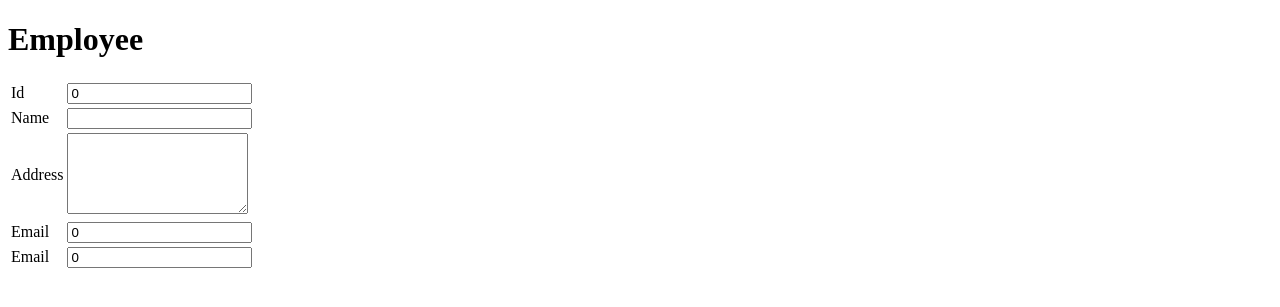
Repository: kubon9xhd/SpringMVC
Page: http://localhost/spring-excercise-6/insert
An editor plug-in stored every save of this project. The page is shown before and after the next save, followed by the edit.
The browser window is 1280 px wide. The pictures show the whole page.
The page is served by Tomcat 9. Other server files are loaded and not shown.

Above is the page before, as saved 2021-06-06 15:12:47.

### spring-excercise-6/src/main/webapp/WEB-INF/views/employee/insert.jsp
<%@taglib uri="http://www.springframework.org/tags/form" prefix="form"%>
<%@ page language="java" contentType="text/html; charset=UTF-8"
	pageEncoding="UTF-8"%>
<!DOCTYPE html>
<html>
<head>
<meta charset="UTF-8">
<title>Insert title here</title>
</head>
<body>
	<h1>Employee</h1>
	<form:form action="show" method="post" modelAttribute="employee">
		<table>
			<tr>
				<td><form:label path="id">Id</form:label></td>
				<td><form:input path="id" /></td>
			</tr>
			<tr>
				<td><form:label path="name">Name</form:label></td>
				<td><form:input path="name" /></td>
			</tr>
			<tr>
				<td><form:label path="address">Address</form:label></td>
				<td><form:textarea rows="5" path="address" /></td>
			</tr>
			<tr>
				<td><form:label path="email">Email</form:label></td>
				<td><form:input type="email" path="id" /></td>
			</tr>
			<tr>
				<td><form:label path="email">Email</form:label></td>
				<td><form:input type="email" path="id" /></td>
			</tr>
		</table>
	</form:form>
</body>
</html>

After the next save:
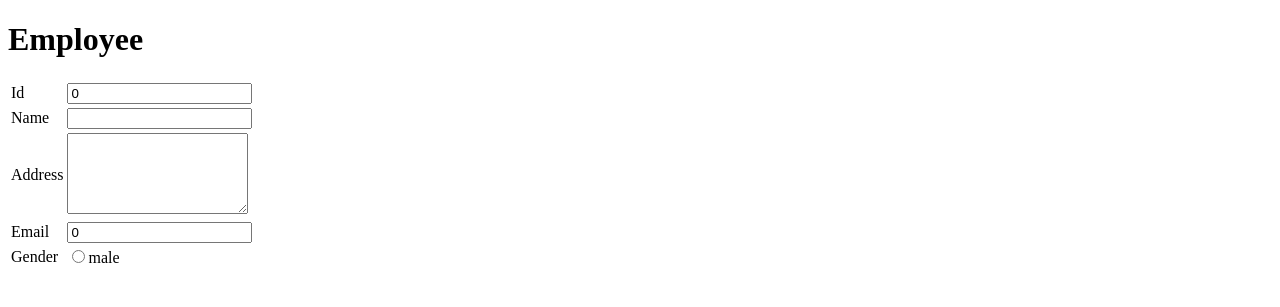
Saved 79 s later.
--- a/spring-excercise-6/src/main/webapp/WEB-INF/views/employee/insert.jsp
+++ b/spring-excercise-6/src/main/webapp/WEB-INF/views/employee/insert.jsp
@@ -28,8 +28,10 @@
 				<td><form:input type="email" path="id" /></td>
 			</tr>
 			<tr>
-				<td><form:label path="email">Email</form:label></td>
-				<td><form:input type="email" path="id" /></td>
+				<td><form:label path="gender">Gender</form:label></td>
+				<td>
+					<form:radiobutton path="gender" value="male" label="male"/>
+				</td>
 			</tr>
 		</table>
 	</form:form>
